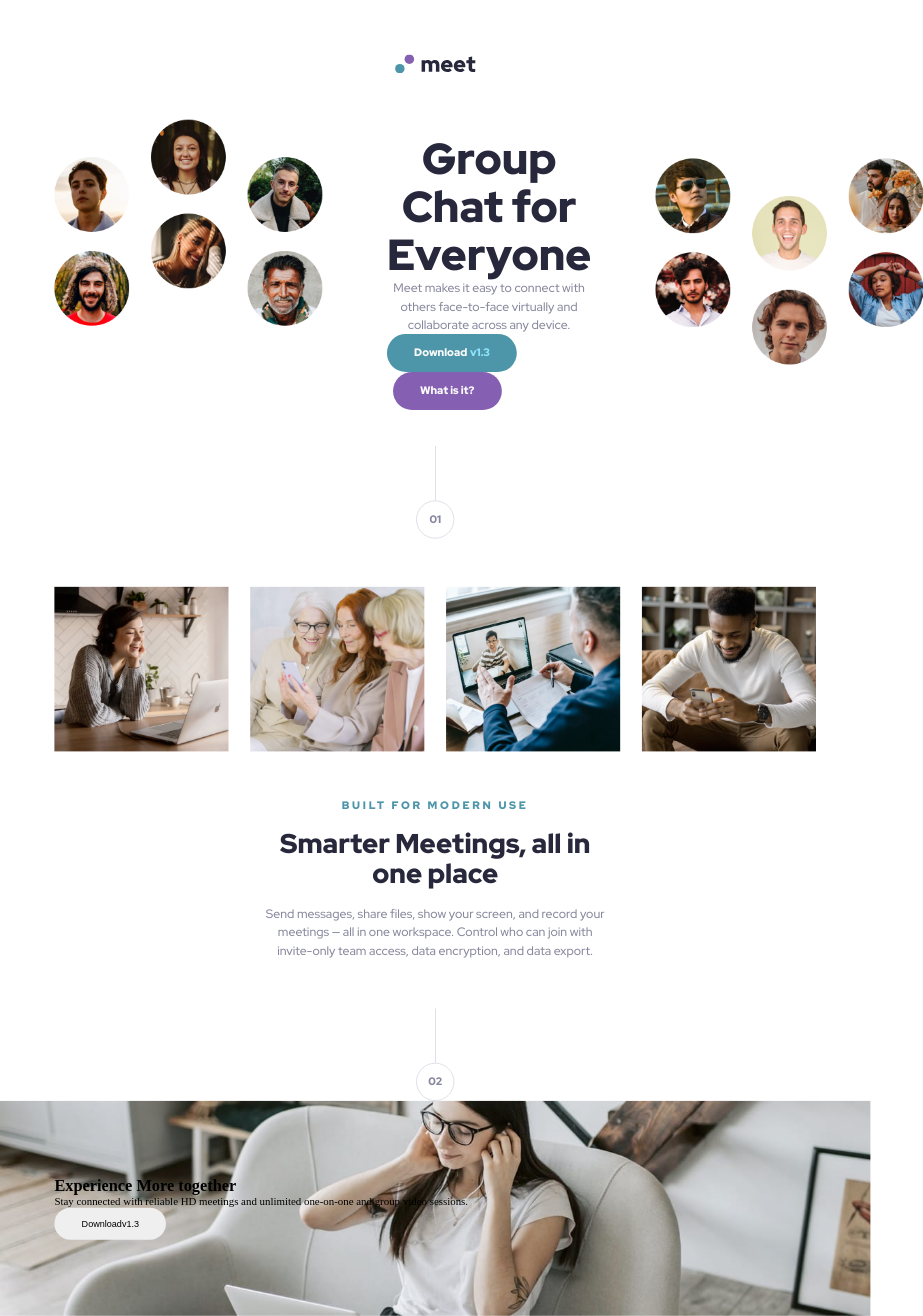
Repository: brandontaylor1/meet-landing-page
Page: index.html
The author's editor kept a copy of each file at every save. The page is drawn from the files as they stood at one save, then again after the next save.
The browser window is 1280 px wide. The page is 1358 px wide, so the pictures cover 1358 px, including what lies to the right of the window. The pictures show the whole page, at 68% of full size.

Above is the page before, as saved 2025-01-11 22:24:45.

After the next save:
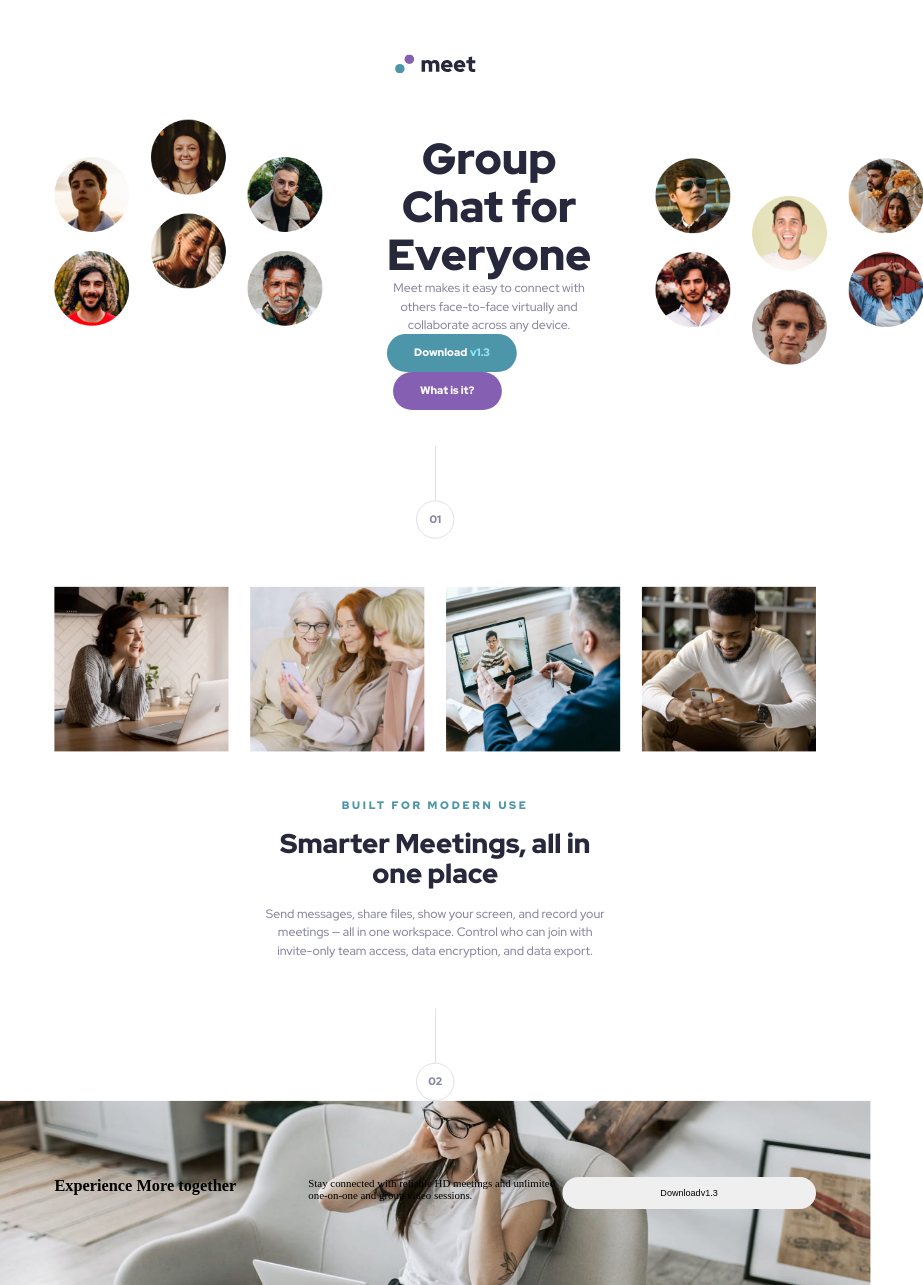
Saved 83 s later.
--- a/styles.css
+++ b/styles.css
@@ -216,3 +216,9 @@
     background-repeat: no-repeat;
 
 }
+
+.footer-grid {
+    display: grid;
+    grid-template-columns: repeat(3, 1fr);
+
+}
